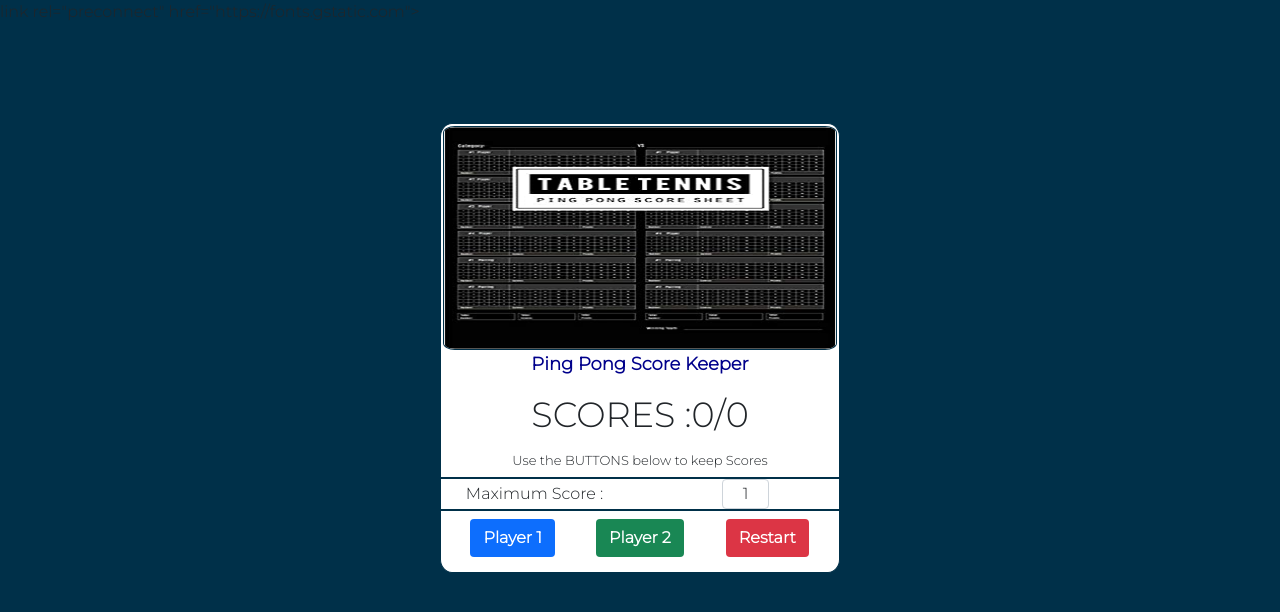
Repository: uditjain100/JavaScript-for-Web
Page: 9.Score Keeper Project/sk.html
These files come from the project's save history. The page is drawn as it stood at one moment and after the next save; the edit follows.
The browser window is 1280 px wide. The pictures show the whole page.

Above is the page before, as saved 2021-01-23 12:00:43.

After the next save:
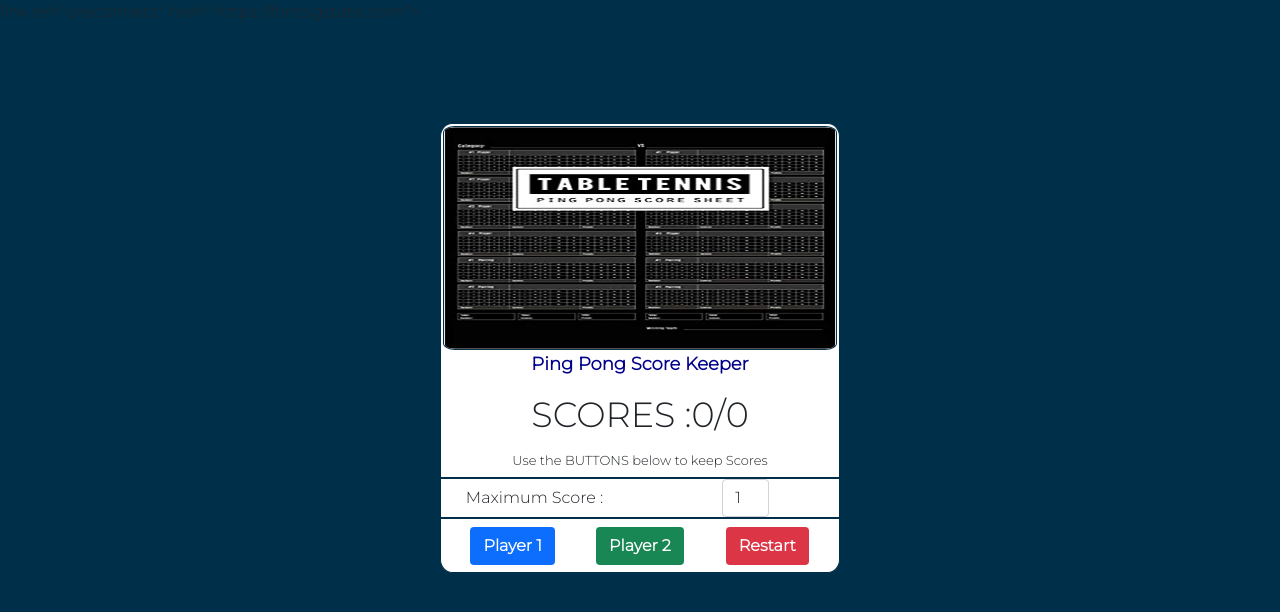
Saved 21 min 18 s later.
--- a/9.Score Keeper Project/sk.html
+++ b/9.Score Keeper Project/sk.html
@@ -43,7 +43,7 @@
             <h6 id="max_score" class="display-10 fw-4">Maximum Score :</h6>
           </div>
           <div id="select_02" class="col-2">
-            <select class="form-control" name="max-score" id="max_score">
+            <select class="form-control" name="max-score" id="max_score_select">
               <option value="1">1</option>
               <option value="2">2</option>
               <option value="3">3</option>
